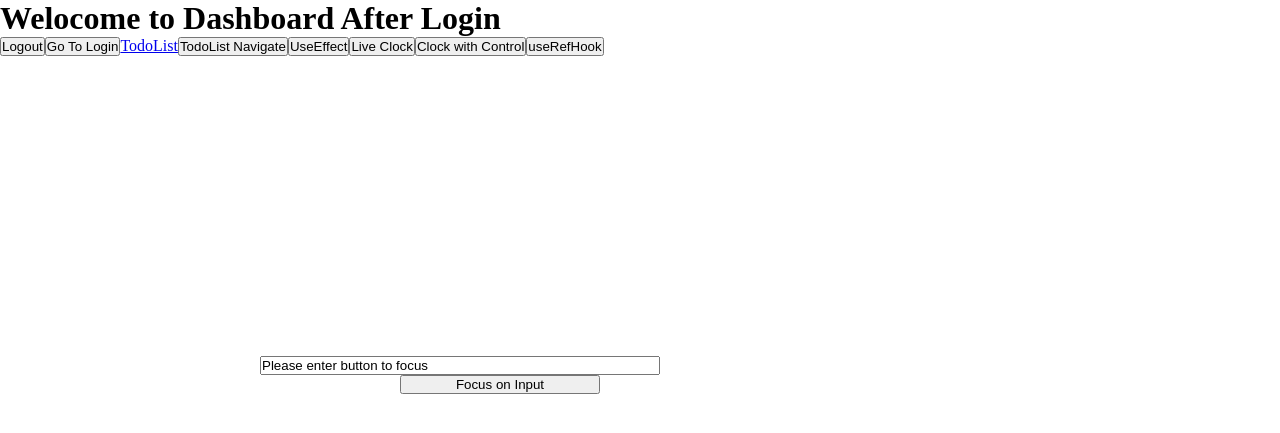
Repository: harshrathore123/ReactPractice
Page: /dashboard/useRefHook (app in my-app/)
An editor plug-in stored every save of this project. The page is shown before and after the next save, followed by the edit.
The browser window is 1280 px wide. The pictures show the whole page.
The project was rebuilt for these pictures with package versions that can differ from the ones it lists, and the page was loaded fresh each time. Also part of the build but not shown: my-app/vite.config.js, my-app/src/component/Desctructuing.jsx, my-app/src/component/FirstName.jsx, my-app/src/component/Increment.jsx, my-app/src/component/Event.jsx, my-app/src/component/Form.jsx, my-app/src/component/Rendering.jsx, my-app/src/component/RenderingList.jsx and 7 more.

Above is the page before, as saved 2025-10-13 12:51:25.

After the next save:
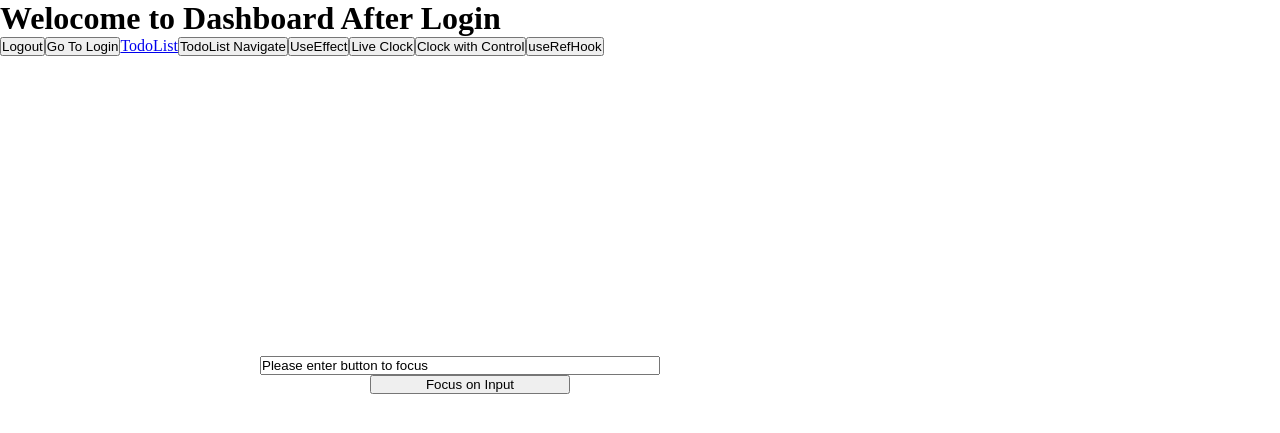
Saved 4 s later.
--- a/my-app/src/component/Hooks/useRefHook.jsx
+++ b/my-app/src/component/Hooks/useRefHook.jsx
@@ -7,7 +7,7 @@ export default function UseRefHook(){
         <>
         <div className="coainer" style={{display:"flex",justifyContent:"center",alignContent:"center",marginTop:"300px",flexDirection:"column"}}>
         <input type="text" placeholder="Please enter button to focus" style={{width:"400px",marginLeft:"260px"}} />
-        <button onClick={focusInput} style={{width:"200px",marginLeft:"400px"}}>Focus on Input</button>
+        <button onClick={focusInput} style={{width:"200px",marginLeft:"370px"}}>Focus on Input</button>
         </div>
 
         </>
